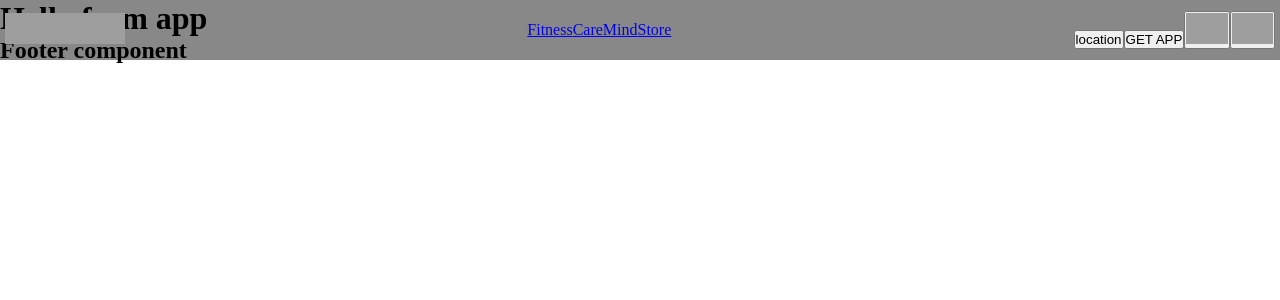
Repository: 1sanjeetsharma/cult-fit-clone
Page: /
An editor plug-in stored every save of this project. The page is shown before and after the next save, followed by the edit.
The browser window is 1280 px wide. The pictures show the whole page.
Pictures or frames that could not be fetched are drawn as grey boxes. The project was rebuilt for these pictures with package versions that can differ from the ones it lists, and the page was loaded fresh each time. Also part of the build but not shown: vite.config.js.

Above is the page before, as saved 2023-07-22 22:51:06.

### src/App.jsx
import LandingPage from "./components/landingPage/LandingPage";
function App() {
  return (
    <>
      <h1>Hello from app</h1>
      <LandingPage />
    </>
  );
}

export default App;

### src/components/landingPage/LandingPage.jsx
import Body from "../body/body";
// import Header from "../body/header/Header";
const LandingPage = () => {
	return (
		<>
			<Body></Body>
		</>
	);
};
export default LandingPage;

### src/components/body/body.jsx
import Header from "./header/Header";
import Footer from "./footer/Footer";
const Body = () => {
	console.log("hello from body");
	return (
		<>
			<Header />

			<Footer />
		</>
	);
};
export default Body;

### src/components/body/header/Header.jsx
import Navbar from "../Navbar/Navbar";
const Header = () => {
	return (
		<>
			<Navbar />
		</>
	);
};
export default Header;

### src/components/body/footer/Footer.jsx
const Footer = () => {
  return (
    <>
      <h2>Footer component</h2>
    </>
  );
};
export default Footer;

### src/components/body/Navbar/Navbar.jsx
import "./navbar.css";
const Navbar = () => {
	return (
		<>
			<div className="Nav-container">
				<nav>
					<a href="javascript:viod(0)">
						<img
							className="logo"
							height={"31px"}
							width={"120px"}
							src="https://cdn-images.cure.fit/www-curefit-com/image/upload/c_fill,w_120,q_auto:eco,dpr_2,f_auto,fl_progressive//image/test/brand-logo/vman-and-white-cult-text.png"
							alt="logo"
						/>
					</a>
					<div className="tabs">
						<a href="javascript:void(0)">Fitness</a>
						<a href="javascript:void(0)">Care</a>
						<a href="javascript:void(0)">Mind</a>
						<a href="javascript:void(0)">Store</a>
					</div>
					<div>
						<button className="location">location</button>
						<button className="get-app">GET APP</button>

						<button className="avatar">
							<img
								className="btn-img"
								src="https://cdn-images.cure.fit/www-curefit-com/image/upload/c_fill,w_26,q_auto:eco,dpr_2,f_auto,fl_progressive/image/test/header/Profile.png"
								alt="profile picture"
							/>
						</button>
						<button className="cart">
							<img
								className="btn-img"
								src="https://cdn-images.cure.fit/www-curefit-com/image/upload/c_fill,q_auto:eco,dpr_2,f_auto,fl_progressive//image/test/cart-dark-theme.svg"
								alt="cart"
							/>
						</button>
					</div>
				</nav>
			</div>
		</>
	);
};
export default Navbar;

### src/components/body/Navbar/navbar.css
* {
	margin: 0px;
	padding: 0px;
}
.Nav-container {
	position: fixed;
	/* display: flexbox; */
	top: 0px;
	/* height: 60px; */
	width: 100%;

	/* align-content: center; */
	/* text-align: center; */
	background-color: #00000077;
	box-sizing: border-box;
	/* z-index: 2; */
}

.logo,
.btn-img {
	height: 31px;
}
nav {
	display: flex;
	height: 50px;
	padding: 5px;
	flex-flow: row wrap;
	align-items: center;
	justify-content: space-between;
}
.tabs {
	display: flex;
	/* justify-content: space-around; */
}

Loaded but not shown: index.html (common file); src/main.jsx (common file)

After the next save:
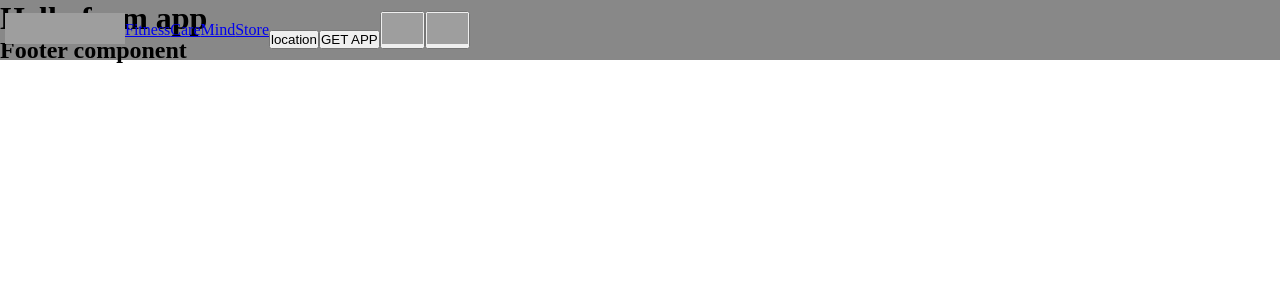
Saved 89 s later.
--- a/src/components/body/Navbar/navbar.css
+++ b/src/components/body/Navbar/navbar.css
@@ -26,9 +26,10 @@ nav {
 	padding: 5px;
 	flex-flow: row wrap;
 	align-items: center;
-	justify-content: space-between;
+	/* justify-content: space-between; */
 }
 .tabs {
-	display: flex;
+	/* display: flex; */
+
 	/* justify-content: space-around; */
 }
